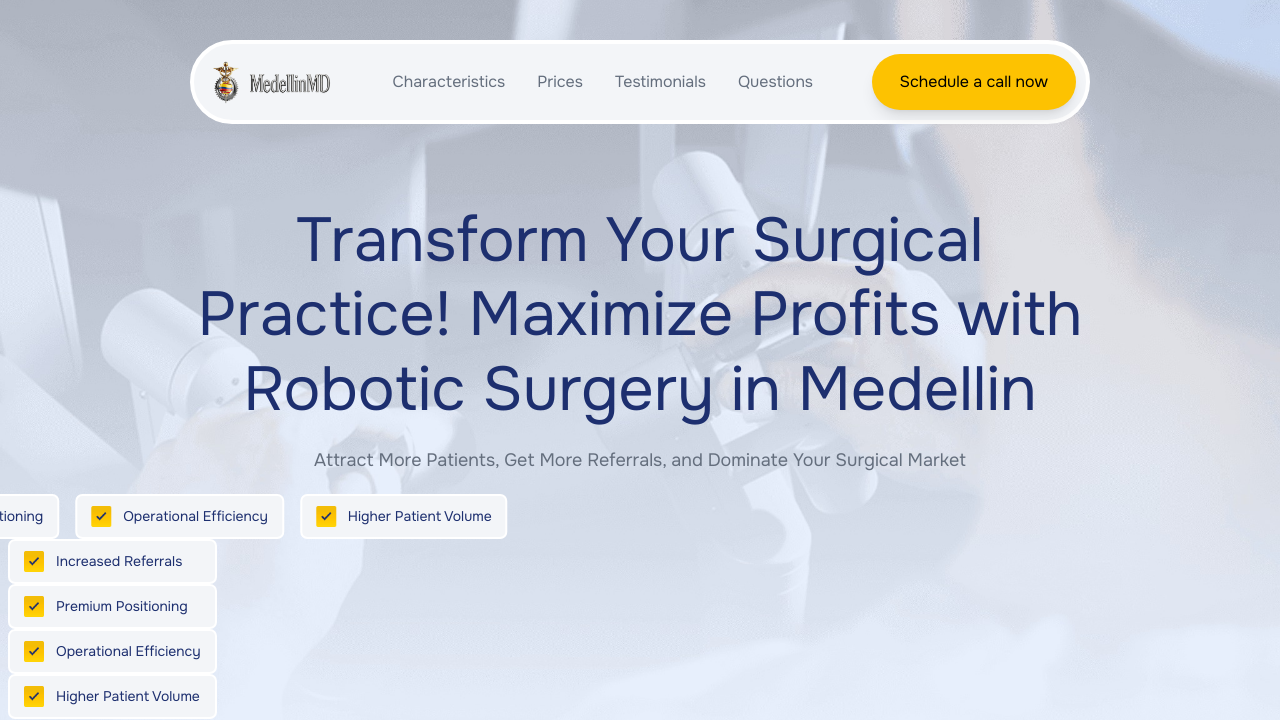
Repository: emmanueltech2019/cmd
Page: /home
The author's editor kept a copy of each file at every save. The page is drawn from the files as they stood at one save, then again after the next save.
The browser window is 1280 px wide. The pictures show the whole page.
The project was rebuilt for these pictures with package versions that can differ from the ones it lists, and the page was loaded fresh each time. The framework's server and built-in components were replaced by stand-ins that run in the browser. Also part of the build but not shown: next.config.mjs.

Above is the page before, as saved 2025-05-15 16:40:09.

### src/app/home/page.jsx
import React from 'react'
import Image from 'next/image'
import medellinHero from '@/images/jpg/medellinHero.jpg'
import medellinLogo from '@/images/png/medellinLogo.png'
import medellinCheck from '@/images/png/medellinCheck.png'
import SlideView from '../components/SlideView'
import Button from '../components/Button'

const page = () => {
    const slideViewData = [
        { id: 1, text: 'Increased Referrals', image: medellinCheck },
        { id: 2, text: 'Premium Positioning', image: medellinCheck },
        { id: 3, text: 'Operational Efficiency', image: medellinCheck },
        { id: 4, text: 'Higher Patient Volume', image: medellinCheck },
    ];
  return (
    <>
        <div className={`h-screen w-full`}
            style={{
                backgroundImage: `url(${medellinHero.src})`,
                backgroundSize: 'cover',
                backgroundPosition: 'center',
                backgroundRepeat: 'no-repeat',
            }}
        >
            <nav className='py-5'>
                <div className="w-web-navwidth mx-auto bg-web-navwhite backdrop-blur-md p-web-nav-padding flex justify-between items-center rounded-web-radius border-white border-4 my-5">
                    <div className="w-web-logowidth h-web-logoheight flex justify-center items-center">
                        <Image src={medellinLogo} width={100} height={100} alt='medellin logo' className='w-full' />
                    </div>
                    <ul className="flex gap-web-navgap items-center text-navfontsize">
                        <li>
                            <button className='p-web-nav-padding bg-transparent hover:bg-web-blue text-web-navgray hover:text-white transition-all duration-500 rounded-web-navbtnradius'>Characteristics</button>
                        </li>
                        <li>
                            <button className='p-web-nav-padding bg-transparent hover:bg-web-blue text-web-navgray hover:text-white transition-all duration-500 rounded-web-navbtnradius'>Prices</button>
                        </li>
                        <li>
                            <button className='p-web-nav-padding bg-transparent hover:bg-web-blue text-web-navgray hover:text-white transition-all duration-500 rounded-web-navbtnradius'>Testimonials</button>
                        </li>
                        <li>
                            <button className='p-web-nav-padding bg-transparent hover:bg-web-blue text-web-navgray hover:text-white transition-all duration-500 rounded-web-navbtnradius'>Questions</button>
                        </li>
                    </ul>
                    <Button className='bg-web-yellow hover:bg-web-blue py-4 px-7 transition-all duration-500 hover:text-white shadow-lg rounded-web-radius'>Schedule a call now</Button>
                </div>
            </nav>
            <div className="mt-10 w-[100%] md:w-[70%] mx-auto">
                <h1 className="text-center text-web-blue text-webhero-font leading-webhero-lineheight">Transform Your Surgical Practice! Maximize Profits with Robotic Surgery in Medellin</h1>
                <p className='text-websubhero-font text-web-navgray text-center py-5'>Attract More Patients, Get More Referrals, and Dominate Your Surgical Market</p>
            </div>
            <div className="w-[50%] overflow-hidden">
                <div className="flex whitespace-nowrap animate-slide">
                    {slideViewData.map((item) => (
                        <SlideView key={`a-${item.id}`}>
                            <div className="flex gap-3">
                                <Image src={item.image} alt='medellin check' width={100} height={100} className='w-5' />
                                {item.text}
                            </div>
                        </SlideView>
                    ))}
                </div>
                <div className="inline-block">
                    {slideViewData.map((item) => (
                        <SlideView key={`b-${item.id}`}>
                            <div className="flex gap-3">
                                <Image src={item.image} alt='medellin check' width={100} height={100} className='w-5' />
                                {item.text}
                            </div>
                        </SlideView>
                    ))}
                </div>
            </div>
        </div>
    </>
  )
}

export default page

### src/app/globals.css
@import url('https://fonts.googleapis.com/css2?family=Onest:wght@100..900&family=Poppins:ital,wght@0,100;0,200;0,300;0,400;0,500;0,600;0,700;0,800;0,900;1,100;1,200;1,300;1,400;1,500;1,600;1,700;1,800;1,900&display=swap');

*{
  font-family: "Onest", sans-serif;
}

@tailwind base;
@tailwind components;
@tailwind utilities;

@font-face {
  font-family: 'Onset';
  src: url('/src/fonts/Onest-VariableFont_wght.ttf') format('truetype');
  font-weight: 400;
  font-style: normal;
  font-display: swap; /* recommended for better performance */
}

### src/app/components/SlideView.jsx
import React from 'react'

const slideview = ({ children }) => {
  return (
    <div className='p-web-heroslideview bg-web-navwhite border-white border-2 rounded-web-heroslideradius text-web-navfontsize text-web-blue mx-2 flex-shrink-0'>{children}</div>
  )
}

export default slideview

### src/app/components/button.jsx
import React from 'react'

const button = ({children}) => {
  return (
    <button className='bg-web-yellow hover:bg-web-blue py-4 px-7 transition-all duration-500 hover:text-white shadow-lg rounded-web-radius'>{children}</button>
  )
}

export default button

### tailwind.config.js
/** @type {import('tailwindcss').Config} */
export default {
  content: [
    "./index.html",
    "./src/**/*.{js,ts,jsx,tsx}",
  ],
  theme: {
    extend: {
      colors: {
        'web-blue': '#1d2f6f',
        'web-yellow': '#fdc201',
        'web-navwhite': '#f3f5f8',
        'web-navgray': '#646e7d',
      },
      boxShadow: {
        'web-shadow': '#abcbff08 0px 0.602187px 2.28831px 0px,'
      },
      padding: {
        'web-btn-padding': '16px 28px',
        'web-nav-padding': '10px',
        'web-heroslideview': '10px 14px'
      },
      lineHeight: {
        'webhero-lineheight': '74.4px'
      },
      fontSize: {
        'webhero-font': '62px',
        'websubhero-font': '18px',
        'web-navfontsize': '14px'
      },
      width: {
        'web-navwidth': '900px',
        'web-logowidth': '130px',
      },
      height: {
        'web-navheight': '76px',
        'web-logoheight': '56px'
      },
      borderRadius: {
        'web-radius': '99px',
        'web-navbtnradius': '8px',
        'web-heroslideradius': '7px'
      },
      gap: {
        'web-navgap': '12px'
      },
      fontFamily: {
        myFont: ['Onset']
      },
      keyframes: {
        'slide': {
          '0%': { transform: 'translateX(0)' },
          '100%': { transform: 'translateX(-100%)' },
        },
      },
      animation: {
        'slide': 'slide 10s linear infinite',
      },
    },
  },
  plugins: [],
}

Loaded but not shown: src/app/layout.jsx (common file)

After the next save:
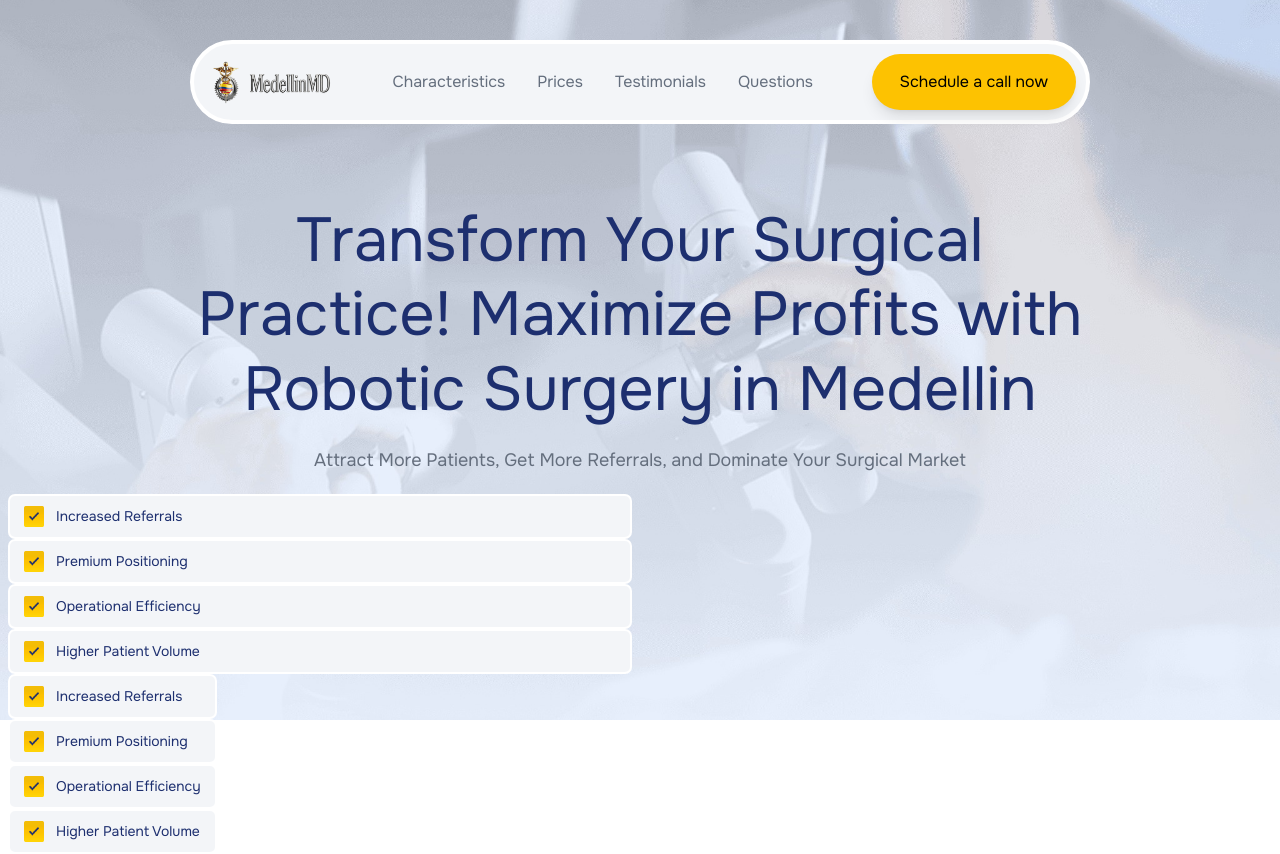
Saved 21 s later.
--- a/src/app/home/page.jsx
+++ b/src/app/home/page.jsx
@@ -50,7 +50,7 @@ const page = () => {
                 <p className='text-websubhero-font text-web-navgray text-center py-5'>Attract More Patients, Get More Referrals, and Dominate Your Surgical Market</p>
             </div>
             <div className="w-[50%] overflow-hidden">
-                <div className="flex whitespace-nowrap animate-slide">
+                <div className="inline">
                     {slideViewData.map((item) => (
                         <SlideView key={`a-${item.id}`}>
                             <div className="flex gap-3">
